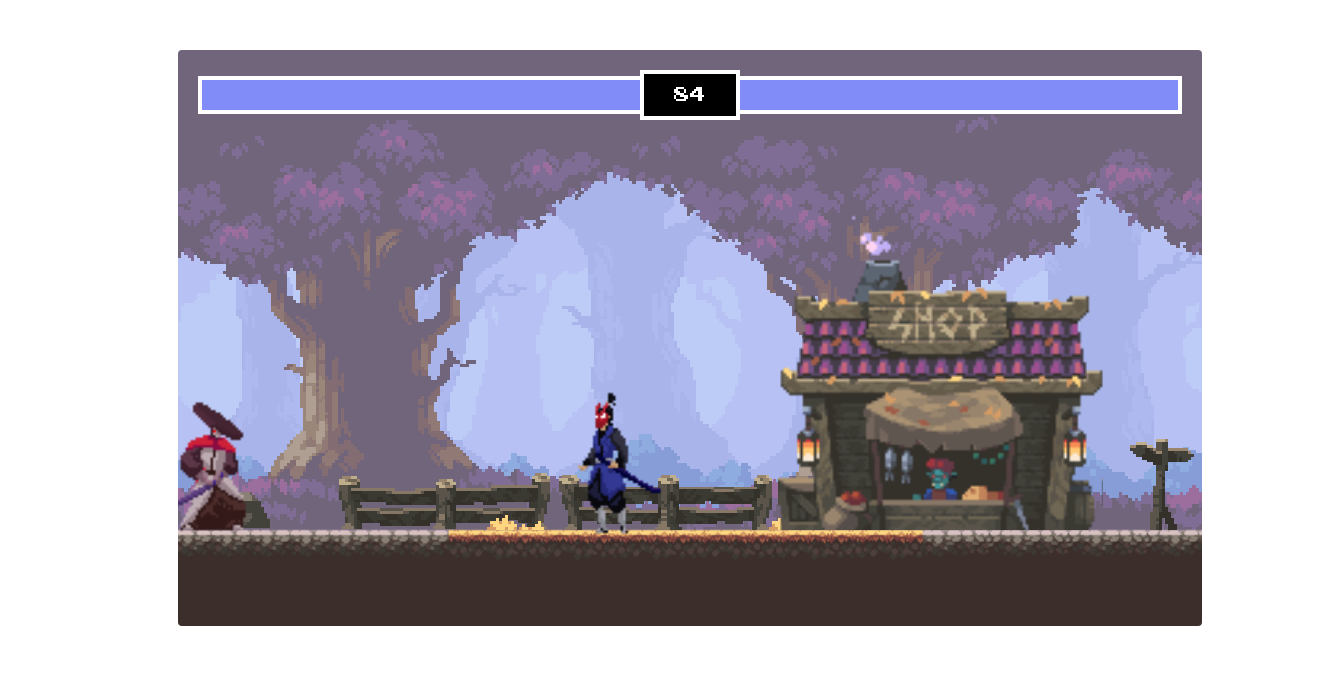
Repository: LuizAGDomingues/js-fighting-game
Page: index.html
The author's editor kept a copy of each file at every save. The page is drawn from the files as they stood at one save, then again after the next save.
The browser window is 1280 px wide. The page is 1330 px wide, then 1344 px, so the pictures cover 1344 px, including what lies to the right of the window. The pictures show the whole page.

Above is the page before, as saved 2022-12-24 09:59:30.

After the next save:
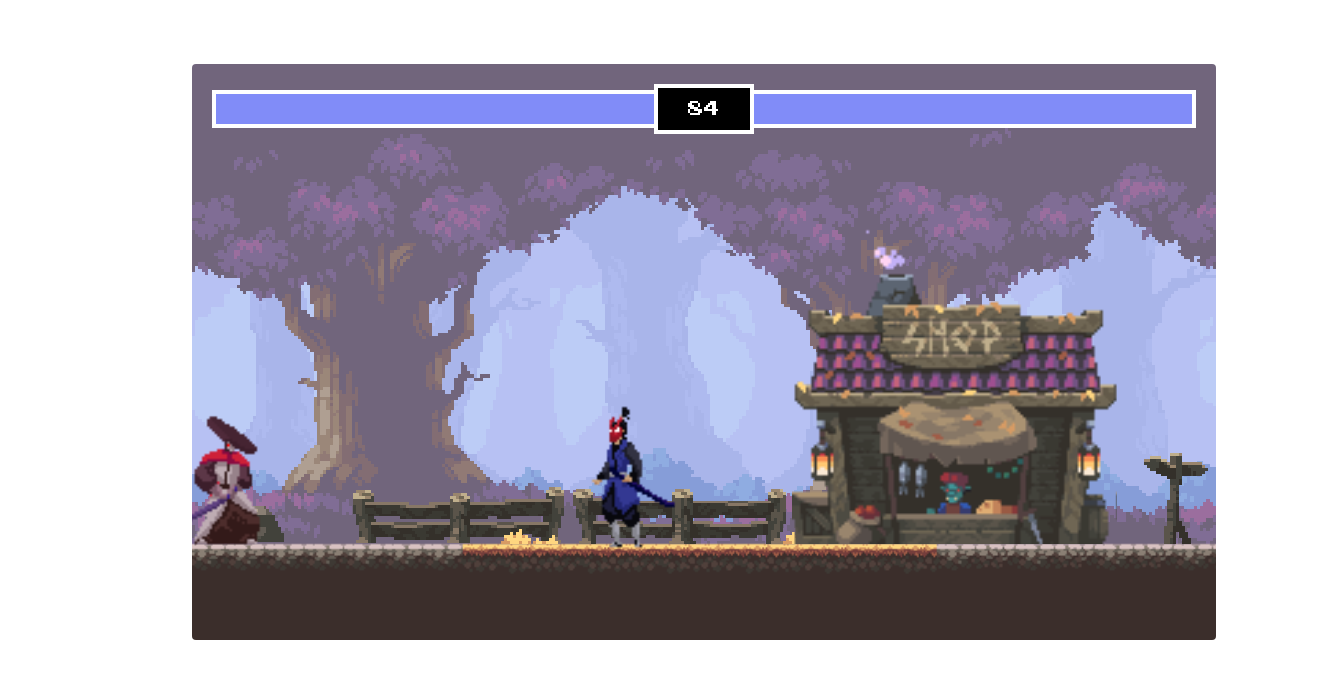
Saved 10 s later.
--- a/src/css/battle.css
+++ b/src/css/battle.css
@@ -8,7 +8,7 @@ body {
   height: 100%;
   display: flex;
   justify-content: center;
-  margin: 50px;
+  margin: 4rem;
   overflow: hidden;
 }
 
